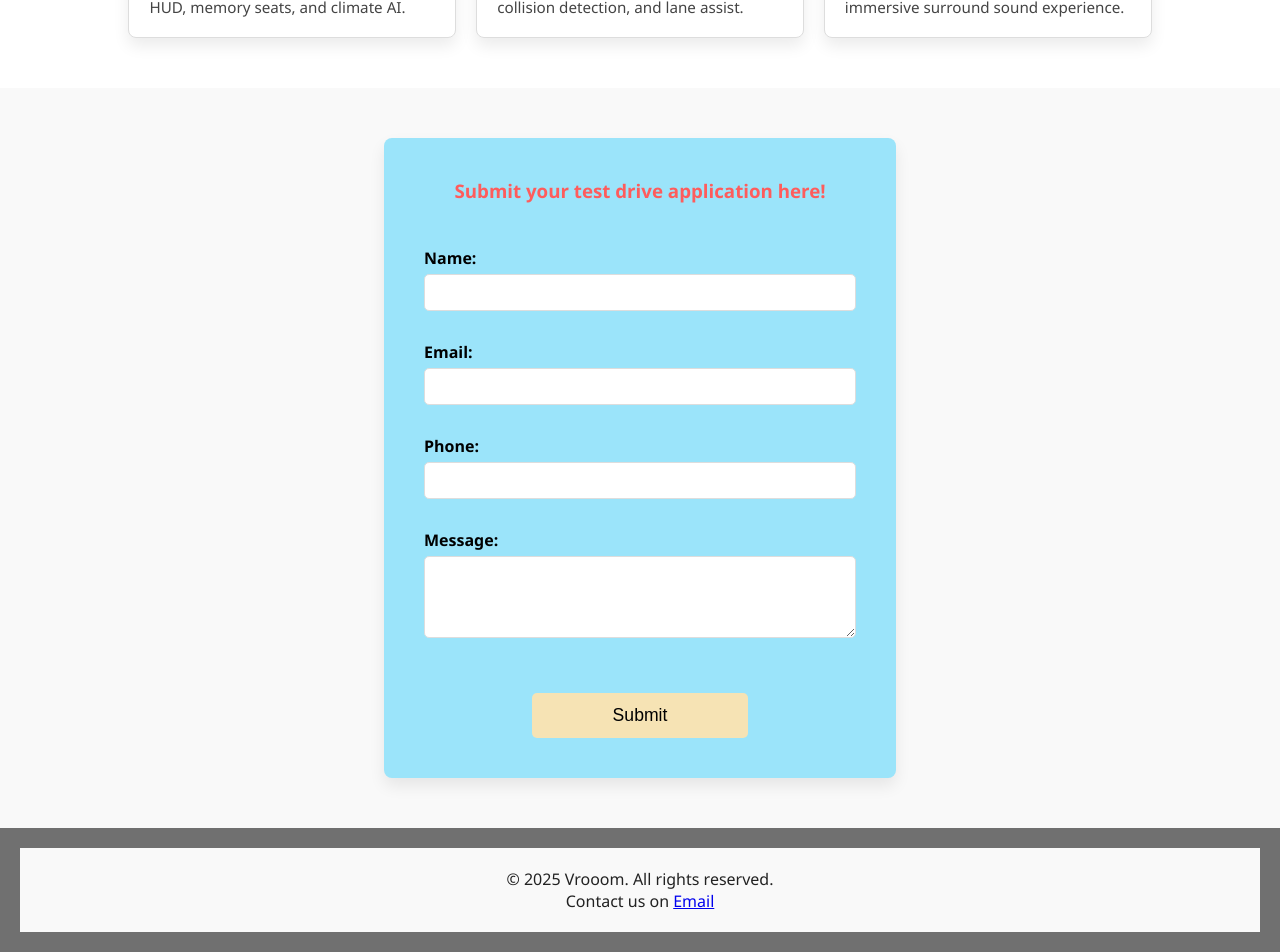
Repository: JiaheSu22/vrooom-responsive-main
Page: index.html
An editor plug-in stored every save of this project. The page is shown before and after the next save, followed by the edit.
The browser window is 1280 px wide. The pictures show the part of the page from y = 980 to 1932 px (the page is 1932 px tall before and 1892 px after).
A picture or video elsewhere on the page could not be fetched, so the positions and the page height are approximate.

Above is the page before, as saved 2025-04-11 15:21:47.

### index.html
<!DOCTYPE html>
<html lang="en">

<head>
  <meta charset="UTF-8">
  <title>Vrooom — Barracuda X10</title>
  <style>
    * {
      box-sizing: border-box;
      margin: 0;
      padding: 0;
    }

    body {
      font-family: 'Segoe UI', sans-serif;
      background-color: #f9f9f9;
      color: #222;
    }

    /* HERO SECTION */
    .hero {
      position: relative;
      height: 100vh;
      width: 100%;
      background-image: url('assets/mercedes-vision-avtr.webp');
      background-repeat: no-repeat;
      background-size: cover;
      background-position: center;
      overflow: hidden;
    }

    /* Optional dark overlay for unifying text+video contrast */
    .hero::before {
      content: "";
      position: absolute;
      inset: 0;
      background: linear-gradient(to right, rgba(0, 0, 0, 0.7), rgba(0, 0, 0, 0.1));
      z-index: 0;
    }

    /* Logo - slightly rotated, floating */
    .hero-logo {
      position: absolute;
      left: 2px;
      width: 30%;
      transform: rotate(-8deg);
      z-index: 0;
    }

    .hero-logo img {
      width: 100%;
    }

    /* Rotated text box */
    .hero-text {
      position: absolute;
      bottom: 3%;
      left: 5%;
      background: rgba(255, 255, 255, 0.1);
      padding: 30px;
      border-left: 6px solid #f6e3b4;
      border-radius: 10px;
      backdrop-filter: blur(1px);
      z-index: 0;

    }

    .hero-text h1 {
      font-size: 3em;
      color: #a0fcf7;
      margin-bottom: 10px;
    }

    .hero-text p {
      font-size: 1.2em;
      color: #fff;
    }

    /* Tilted video box */
    .hero-video {
      position: absolute;
      top: auto;
      bottom: 20px;
      right: 20px;
      box-shadow: 0 10px 20px rgba(0, 0, 0, 0.6);
      z-index: 0;
      border-radius: 5px;
      overflow: hidden;
      transition: transform 0.3s ease;
    }

    .hero-video:hover {
      transform: scale(1.3);
    }

    .hero-video video {
      width: 100%;
      display: block;
      border-radius: 2px;
    }

    /* CARD SECTION */
    .card-section {
      display: flex;
      flex-wrap: wrap;
      justify-content: center;
      gap: 20px;
      padding: 50px 10%;
      background-color: #ffffff;
    }

    .top-card {
      background: rgb(248, 240, 194);
      border: 1px solid #f97705;
      border-radius: 8px;
      box-shadow: 0 8px 16px rgba(0, 0, 0, 0.08);
      padding: 20px;
      width: 32%;
      transition: transform 0.3s ease;
    }

    .card {
      background: white;
      border: 1px solid #ddd;
      border-radius: 8px;
      box-shadow: 0 8px 16px rgba(0, 0, 0, 0.08);
      width: 32%;
      padding: 20px;
      transition: transform 0.3s ease;
    }

    .top-card:hover {
      transform: translateY(10px);
      box-shadow: 0 12px 24px rgba(101, 247, 205, 0.1);
    }

    .card:hover {
      transform: translateY(-5px);
      box-shadow: 0 12px 24px rgba(0, 0, 0, 0.1);
    }

    .card h3 {
      margin-bottom: 10px;
      color: #003566;
    }

    .card p {
      font-size: 0.95em;
      color: #444;
    }

    .form-section {
      display: flex;
      flex-direction: column;
      background: #f9f9f9;
      padding: 50px 10%;
      text-align: center;
    }

    .form-section form {
      display: flex;
      flex-direction: column;
      background: rgb(155, 228, 250);
      border-radius: 8px;
      box-shadow: 0 8px 16px rgba(0, 0, 0, 0.08);
      width: 50%;
      padding: 40px;
      margin: auto;
    }

    .form-section label {
      display: flex;
      font-weight: bold;
      margin-bottom: 5px;
      color: #000000;
    }

    .form-section input,
    textarea {
      width: 100%;
      padding: 10px;
      border: 1px solid #ddd;
      border-radius: 5px;
      margin-bottom: 15px;
    }

    .form-section .form {
      margin-bottom: 15px;
    }

    .form-section button {
      margin: auto;
      background: #f6e3b4;
      color: #000000;
      border: none;
      padding: 12px 25px;
      border-radius: 5px;
      cursor: pointer;
      font-size: 1.1em;
      width: 50%;
      margin-top: 20px;
      transition: background 0.3s ease;
    }

    .form-section button:hover {
      background: #f97705;
      color: #fff;
    }

    .footer {
      background: #707070;
      padding: 20px;
      text-align: center;
    }

    /* Responsive Adjustments */
    @media (max-width: 768px) {
      .hero-text {
        position: static;
        margin: 20px auto;
        background: rgba(0, 0, 0, 0.7);
        text-align: center;
      }

      .hero-video {
        position: static;
        width: 90%;
        margin: 20px auto;
      }

      .card-section {

        align-items: center;
        padding: 30px 5%;
      }
    }
  </style>
</head>

<body>

  <!-- HERO SECTION -->
  <section class="hero">

    <!-- Logo -->
    <div class="hero-logo">
      <img src="assets/logo-enh.png" alt="Vrooom Logo">
    </div>

    <!-- Text -->
    <div class="hero-text">
      <h1>Mercedes Vision AVTR</h1>
      <p>A marriage between art and science.</p>
    </div>

    <!-- Video -->
    <div class="hero-video">
      <video autoplay loop muted>
        <source src="assets/avtr-demo.mp4" type="video/mp4">
        Your browser does not support the video tag.
      </video>
    </div>

  </section>

  <!-- CARD SECTION -->
  <section class="card-section">
    <div class="top-card">
      <h3>Top Speed</h3>
      <p>Reaches up to 220mph on open track with aerodynamic support.</p>
    </div>
    <div class="top-card">
      <h3>Acceleration</h3>
      <p>0 to 60mph in just 3.0 seconds. The surge you feel is real.</p>
    </div>
    <div class="top-card">
      <h3>Eco Mode</h3>
      <p>Fuel-efficient and clean in city mode — go fast and green.</p>
    </div>
    <div class="card">
      <h3>Smart Interior</h3>
      <p>Includes voice assistant, panoramic HUD, memory seats, and climate AI.</p>
    </div>
    <div class="card">
      <h3>Safety Features</h3>
      <p>Equipped with 360-degree cameras, collision detection, and lane assist.</p>
    </div>
    <div class="card">
      <h3>Entertainment System</h3>
      <p>High-fidelity sound system with immersive surround sound experience.</p>
    </div>
  </section>

  <section class="form-section">
    <form action="">
      <h3 style="color: rgb(254, 92, 92);">Submit your test drive application here!</h3> <br><br>
      <div class="form">
        <label for="name">Name:</label>
        <input type="text" id="name" name="name" required>
      </div>
      <div class="form">
        <label for="email">Email:</label>
        <input type="email" id="email" name="email" required>
      </div>
      <div class="form">
        <label for="phone">Phone:</label>
        <input type="tel" id="phone" name="phone" required>
      </div>
      <div class="form">
        <label for="message">Message:</label>
        <textarea id="message" name="message" rows="4" required></textarea>
      </div>
      <button type="submit">Submit</button>
    </form>
  </section>

  <section class="footer">
    <footer>
      <div style="text-align: center; padding: 20px; background-color: #f9f9f9;">
        <p>&copy; 2025 Vrooom. All rights reserved.</p>
        <p>Contact us on <a href="mailto:contect@vroom.com">Email</a>
      </div>
    </footer>
  </section>
</body>

</html>

After the next save:
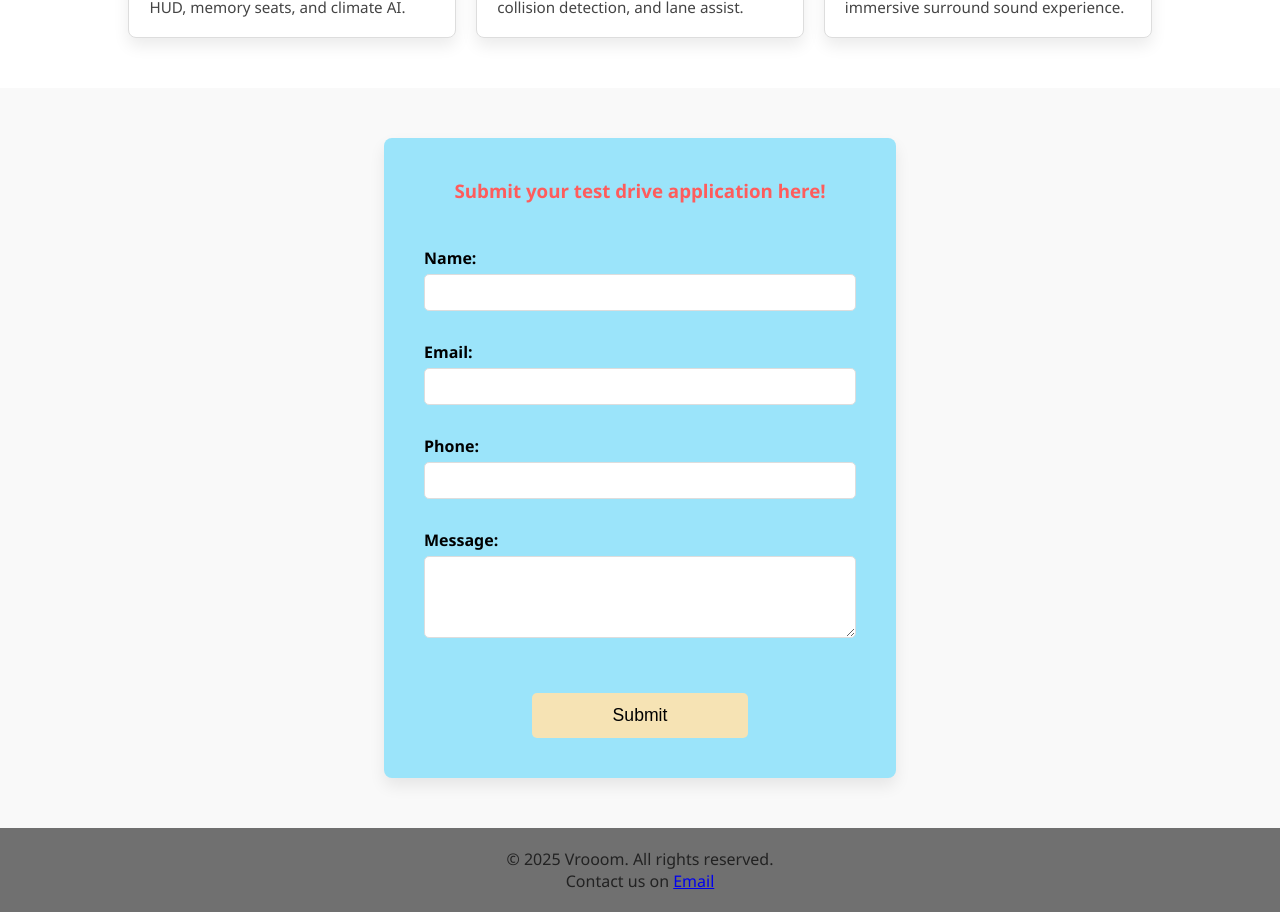
Saved 52 s later.
--- a/index.html
+++ b/index.html
@@ -316,7 +316,7 @@
 
   <section class="footer">
     <footer>
-      <div style="text-align: center; padding: 20px; background-color: #f9f9f9;">
+      <div class="footer-content">
         <p>&copy; 2025 Vrooom. All rights reserved.</p>
         <p>Contact us on <a href="mailto:contect@vroom.com">Email</a>
       </div>
